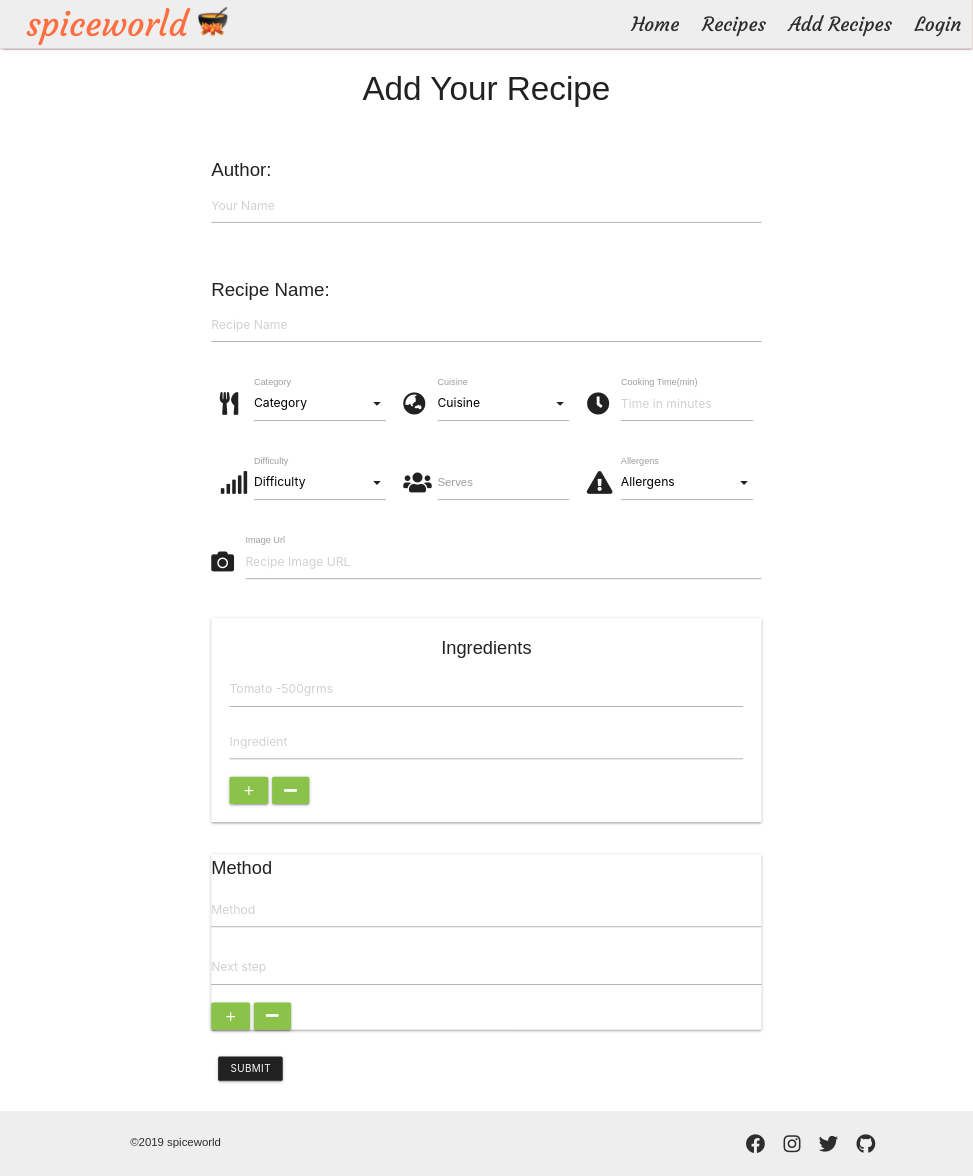
Repository: stephyraju/spiceworld
Page: http://localhost/add_recipe
The author's editor kept a record of every edit. The page is drawn from the files as they stood at one moment, then again after the next edit.
The browser window is 1280 px wide. The pictures show the whole page, at 76% of full size.
Some web libraries are served in a nearby version. The page is served by the project's application, run on Flask 3 (app.py). Queries for data that is not in the repository find no rows.

Above is the page before.

### templates/addrecipe.html
{% extends 'base.html'%} {% block content %}
<section class="container">
    <div class="row center">
        <h3>Add Your Recipe</h3>
    </div>
    <div class="row">
        <form action="{{ url_for('insert_recipe') }}" method="POST" class="col s12">
            <!-- Author -->
            <div class="row">
                <div class="input-field col s10 offset-s1">
                    <h5><strong>Author:</strong></h5>
                    <input placeholder="Your Name" id="author" name="author" type="text" class="validate" required="">
                </div>
            </div>
            <!-- recipe name -->
            <div class="row">
                <div class="input-field col s10 offset-s1">
                    <h5><strong>Recipe Name:</strong></h5>
                    <input placeholder="Recipe Name" id="recipe_name" name="recipe_name" type="text" class="validate" required="">
                </div>
            </div>

            <!-- Category -->
            <div class="row">
                <div class="col m10 offset-m1">
                    <!-- Category -->
                    <div class="col s6 l4">
                        <div class="input-field">
                            <i class="fas fa-utensils material-icons prefix"></i>
                            <select id="category" name="category_name" class="validate" required>
                           <option value="" disabled selected>Category</option>
                            {% for cat in categories %}
                           <option value="{{cat.category_name}}">{{cat.category_name}}</option>
                           {% endfor %}
                           </select>
                            <label>Category</label>
                        </div>
                    </div>

                    <!-- Cuisine -->
                    <div class="col s6 l4">
                        <div class="input-field">
                            <i class="fas fa-globe-asia material-icon prefix"></i>
                            <select id="cuisine" name="cuisine" class="validate" required>
                           <option value="" disabled selected>Cuisine</option>
                           {% for cuisine in cuisines %}
                                    <option value="{{cuisine.cuisine}}">{{cuisine.cuisine}}</option>
                                {% endfor %}
                           </select>
                            <label>Cuisine</label>
                        </div>
                    </div>
                    <!-- Cooking Time -->
                    <div class="col s6 l4">
                        <div class="input-field">
                            <i class="fas fa-clock material-icons prefix"></i>
                            <input id="cooking_time" name="cooking_time" type="number" placeholder="Time in minutes" class="validate" min="1" required="">
                            <label>Cooking Time(min)</label>
                        </div>
                    </div>
                </div>
            </div>
            <div class="row">
                <div class="col m10 offset-m1">
                    <!-- Difficulty -->
                    <div class="col s6 l4">
                        <div class="input-field">
                            <i class="fas fa-signal material-icons prefix"></i>
                            <select id="difficulty" name="" class="validate" required>
                           <option value="" disabled selected>Difficulty</option>
                                {% for level in difficulty%}
                                    <option value="{{level.difficulty}}">{{level.difficulty}}</option>
                                {% endfor %}
                           </select>
                            <label>Difficulty</label>
                        </div>
                    </div>
                    <!-- Serves -->
                    <div class="col s6 l4">
                        <div class="input-field">
                            <i class="fas fa-users material-icons prefix"></i>
                            <input id="serves" name="serves" type="number" class="validate" min="1" required="">
                            <label>Serves</label>
                        </div>
                    </div>
                    <!-- Allergens -->
                    <div class="col s6 l4">
                        <div class="input-field">
                            <i class="fas fa-exclamation-triangle material-icon prefix"></i>
                            <select id="allergens" name="allergens" class="validate" required>
                           <option value="" disabled selected>Allergens</option>
                            {% for allergen in allergens %}
                            <option class="allergens" value="{{allergen.allergen}}">{{allergen.allergen}}</option>
                            {% endfor %}
                           </select>
                            <label>Allergens</label>
                        </div>
                    </div>

                </div>
            </div>
            <!--Image Url-->
            <div class="row">
                <div class="col s10 offset-s1">
                    <div class="input-field ">
                        <i class="fas fa-camera material-icons prefix"></i>
                        <input id="image_url" name="image_url" class="validate" type="url" minlength="15" placeholder="Recipe Image URL" pattern="https?://.+">
                        <label for="image_url">Image Url</label>
                    </div>
                </div>
            </div>
            <!--Ingredients-->
            <div class="row">
                <div class="col s10 offset-s1">
                    <div class="card background">
                        <div class="card-content">
                            <span class="card-title center">Ingredients</span>

                            <div class="addIngredient">
                                <div class="input-field whites-4">
                                    <input id="ingredients" type="text" placeholder="Tomato -500grms" name="ingredients[]" required>
                                </div>
                            </div>
                            <div class="new-ingredient ingredient">
                                <div class="input-field whites-4">
                                    <input id="ingredient-new" type="text" class="ingredient validate" placeholder="Ingredient" name="ingredients[]" minlength="1" maxlength="10" required>
                                </div>
                            </div>
                            <!-- add button -->
                            <a id="add_ingredient" class="btn waves-effect waves-light light-green"><i class="material-icons">add</i></a>
                            <a id="remove_ingredient" class="btn waves-effect waves-light light-green"><i class="fas fa-minus"></i></a>
                        </div>
                    </div>
                </div>
            </div>
            <!--Method-->
            <div class="row">
                <div class="col s10 offset-s1">
                    <div class="card background" <div class="card-content">
                        <span class="card-title center">Method</span>
                        <div class="input-field whites-4">
                            <textarea id="methods" class="materialize-textarea validate" placeholder="Method" name="method" minlength="5" maxlength="600"></textarea>
                        </div>

                        <div class="new-step method">
                            <div class="input-field whites-4">
                                <input id="new-step" type="text" class="method validate" placeholder="Next step" name="method" minlength="5" maxlength="600" required>
                            </div>
                        </div>
                        <a id="add_method" class="btn waves-effect waves-light light-green"><i class="material-icons">add</i></a>
                        <a id="remove_method" class="btn waves-effect waves-light light-green"><i class="fas fa-minus"></i></a>
                    </div>
                </div>
            </div>


            <!--Submit button-->
            <div class="row col s10 offset-s1">
                <button class="btn waves-effect waves-light btn-small grey darken-4" type="submit" name="action">Submit</button>
            </div>
        </form>
    </div>
</section>
{% endblock %}

### templates/base.html
<!DOCTYPE html>
<html lang="en">

<head>
  <meta charset="UTF-8">
  <meta name="viewport" content="width=device-width, initial-scale=1.0">
  <meta http-equiv="X-UA-Compatible" content="ie=edge">
  <title>spiceworld</title>

  <!--Import Google Icon Font-->
  <link href="https://fonts.googleapis.com/icon?family=Material+Icons" rel="stylesheet">
  <!--Font Awesome-->
  <link rel="stylesheet" href="https://use.fontawesome.com/releases/v5.8.2/css/all.css" integrity="sha384-oS3vJWv+0UjzBfQzYUhtDYW+Pj2yciDJxpsK1OYPAYjqT085Qq/1cq5FLXAZQ7Ay" crossorigin="anonymous">
  <!--Materialize CSS-->
  <link rel="stylesheet" href="https://cdnjs.cloudflare.com/ajax/libs/materialize/1.0.0/css/materialize.min.css">
  <!--CSS-->
  <link rel="stylesheet" href="{{ url_for('static', filename='css/style.css')}}" type="text/css" />

</head>

<body>

  <!--Header-->
  <header class="navbar-fixed">
    <nav>
      <div class="nav-wrapper grey lighten-3">
        <a href="#" class="brand-logo">spiceworld <img class="hide-on-med-and-down" src="{{ url_for('static', filename='images/logo.png') }}"></a>
        <a href="#" data-target="mobile-sidenav" class="sidenav-trigger"><i class="fas fa-bars"></i></a>
        <ul id="nav-mobile" class="right hide-on-med-and-down">
          <li><a href="{{ url_for('index') }}">Home</a></li>
          <li><a href="{{ url_for('get_recipes') }}">Recipes</a></li>
          <li><a href="{{ url_for('add_recipe') }}">Add Recipes</a></li>
          <li><a href="collapsible.html">Login</a></li>

        </ul>
      </div>
    </nav>
  </header>
  <!--Sidenav-->
  <ul class="sidenav" id="mobile-sidenav">
    <img class="responsive-img" src="{{ url_for('static', filename='images/sidenav.png') }}" alt="spices-image">

    <li><a class="active" href="#">Home</a></li>
    <li><a href="#!">Recipes</a></li>

    <li><a href="#">Login</a></li>
    <li><a class="waves-effect" href="#!">Third Link With Waves</a></li>
  </ul>

  <main>
    {% block content %}
    {% endblock %}
  </main>

  <footer class="page-footer grey lighten-3">

     <div class="row footer-content">
        <div class="col s5 m6">
          <div class="copyright">&copy;2019 spiceworld</div>
        </div>
        <div class="col s7 m3">
                    <a href="https://www.facebook.com/" target="_blank"><i class="fab fa-facebook social-icon"></i></a>
                    <a href="https://www.instagram.com/" target="_blank"><i class="fab fa-instagram social-icon"></i></a>
                    <a href="https://www.twitter.com/" target="_blank"><i class="fab fa-twitter social-icon"></i></a>
                    <a href="https://github.com/stephyraju" target="_blank"><i class="fab fa-github social-icon"></i></a>
        </div>

      </div>

  </footer>

  <script src="https://code.jquery.com/jquery-3.4.0.slim.js" integrity="sha256-milezx5lakrZu0OP9b2QWFy1ft/UEUK6NH1Jqz8hUhQ=" crossorigin="anonymous"></script>
  <script src="https://cdnjs.cloudflare.com/ajax/libs/materialize/1.0.0/js/materialize.min.js"></script>
  <script src="{{ url_for('static', filename='js/main.js') }}"></script>
</body>

</html>

### app.py
import os
from flask import Flask, render_template, redirect, request, url_for
from flask_pymongo import PyMongo
from bson.objectid import ObjectId

# declaring app name
app = Flask(__name__)

app.config["MONGO_DBNAME"] = 'cook_book'
app.config["MONGO_URI"] = os.getenv('MONGO_URI', 'mongodb://localhost')

mongo = PyMongo(app)

@app.route('/')
@app.route('/index')
def index():
     return render_template("index.html", recipes=mongo.db.recipes.find())

#@app.route('/get_recipes',methods=['POST','GET'])
#def get_recipes():
 #   return render_template("recipes.html", recipes=mongo.db.recipes.find())

@app.route("/get_recipes", methods=['POST', 'GET'])
def get_recipes():
    return render_template('recipes.html',
                         recipes=mongo.db.recipes.find(),
                         categories = mongo.db.categories.find())


@app.route('/add_recipe')
def add_recipe():
     return render_template("addrecipe.html",
               recipes=mongo.db.recipes.find(),
               categories = mongo.db.categories.find(),
               cuisines=mongo.db.cuisines.find(),
               difficulty=mongo.db.difficulty.find(),
               allergens=mongo.db.allergens.find())


@app.route('/insert_recipe', methods=['POST'])
def insert_recipe():
    print(request.form)
    print(request.form.getlist('ingredients[]'))
    print(request.form.to_dict())
    recipes = mongo.db.recipes
    data = request.form.to_dict()
    data.update({'ingredients':request.form.getlist('ingredients[]')})
    del data['ingredients[]']
    recipes.insert_one(data)
    return redirect(url_for('get_recipes'))

@app.route('/view_recipes', methods=['GET'])
def view_recipes():
     return render_template("view.html",
               categories=mongo.db.categories.find())


if __name__ == '__main__':
    app.run(host=os.environ.get('IP'),
            port=int(os.environ.get('PORT')),
            debug=True)

### static/css/style.css
@import url('https://fonts.googleapis.com/css?family=Courgette&display=swap');

body {
  background-color: F0F0F0;
  font-family: 'ProximaNova Regular', sans-serif;
  display: flex;
  flex-direction: column;
  min-height: 100vh;
  overflow-x: hidden;
}
.section-container {
  max-width: 100%;
  margin-left: auto;
  margin-right: auto;
  padding-left: 15px;
  padding-right: 15px;
  border-radius: 5px;
}
/* -------- Nav Bar ----------*/

nav {
     font-family: 'Courgette';
}

nav .brand-logo {
    color: #ff6e40;
    font-size: 3rem;
    font-family: 'Courgette', cursive;
    -webkit-transition: 0.2s;
    -o-transition: 0.2s;
    transition: 0.2s;
}

@media screen and (min-width: 993px){
nav .brand-logo {
    margin-left: 2.3rem;
}
}
nav ul a {
  color:#2d2d2d;
  font-size: 1.7rem;
  font-family: 'Courgette';
}
nav ul a:hover,
nav ul .active {
  color:#76c14f;
}
.fa-bars{
  color: #ff6e40;
}

/*--------Title----------*/

.title-container{
  position: relative;
  text-align: center;
  color: white;
  width:100%;
  margin-top: 20px;
}
.title-container img{
    display: block;
    width: 100%;
    height: 25vh;
    object-fit: cover;
    border-radius: 5px;
}

.intro-content{
  position: absolute;
  top: 50%;
  left: 70%;
  transform: translate(-50%, -50%);
}
/*--------Category---------*/

.catergory-container{
  font-size: 1.2rem;
  color:#2d2d2d;
  margin-top: 20px;
  background-color:#eeeeee;
  height:70px;
  margin-left: 15px;
  margin-right: 15px;
}
.catergory-container .row {
  padding-top: 20px;
}
.catergory-container a {
  color:#2d2d2d;
}
.catergory-container a :hover {
  color:#ff6e40 !important;
}

/*--------Description---------*/
.cells h4 {
  font-family: 'Muli','sans-serif';
}
.cells h5{
  color: #76c14f;
  font-size: 1.5rem;
  font-family: 'Courgette',sans-serif;
}
 p {
  padding-left: 30px;
  padding-right: 30px;
}
.content{
  margin-top: 20px;
  margin-bottom: 20px;
}
/*--------View Recipe---------*/
li {
  list-style: square;
  }
 .recipe-view .card {
   background-color: #fcf4ec;
 }
/*--------Footer---------*/

.page-footer i{
  color:#2d2d2d;
}
.page-footer i:hover{
   color:#ff6e40;
}
.page-footer {
    min-height: 45px;
}
.footer-content{
  display:flex;
  color:#2d2d2d;
}
.copyright{
  padding-top: 10px;
}
.social-icon {
  margin: 10px;
  color: white;
  font-size: 1.7rem;
}

### static/js/main.js
$(document).ready(function(){
    $('.sidenav').sidenav();
    $('.dropdown-trigger').dropdown();
    $('select').formSelect();
    $('.carousel').carousel();

  });

 var ingredientField = $(".ingredient").length;
    $("#add_ingredient").on("click", function () {
        $("select").formSelect("destroy");
        $(".new-ingredient:first").clone().insertBefore("#add_ingredient").find("input[type='text'], select, textarea").val("");
        $("select").formSelect();
        ingredientField += 1;
    });

    $("#remove_ingredient").on("click", function () {
        if (ingredientField > 1) {
            /* only remove the :last item */
            $(this).siblings(".new-ingredient:last").remove();
            /* ensure original ingredient line never gets deleted */
            ingredientField-= 1;
        }
    });


var methodField = $(".method").length;
    /* add new cloned item */
    $("#add-method").on("click", function () {
        /* clone and remove existing values */
        $(".new-step:first").clone().insertBefore("#add-method").find("input[type='text'], select, textarea").val("");
        /* increase counter so original direction is never removed */
        methodField += 1;
    });
    /* delete last cloned item */
    $("#remove-method").on("click", function () {
        if ( methodField > 1) {
            /* only remove the :last item */
            $(this).siblings(".new-step:last").remove();
            /* ensure original direction line never gets deleted */
            methodField -= 1;
        }
    });

After the next edit:
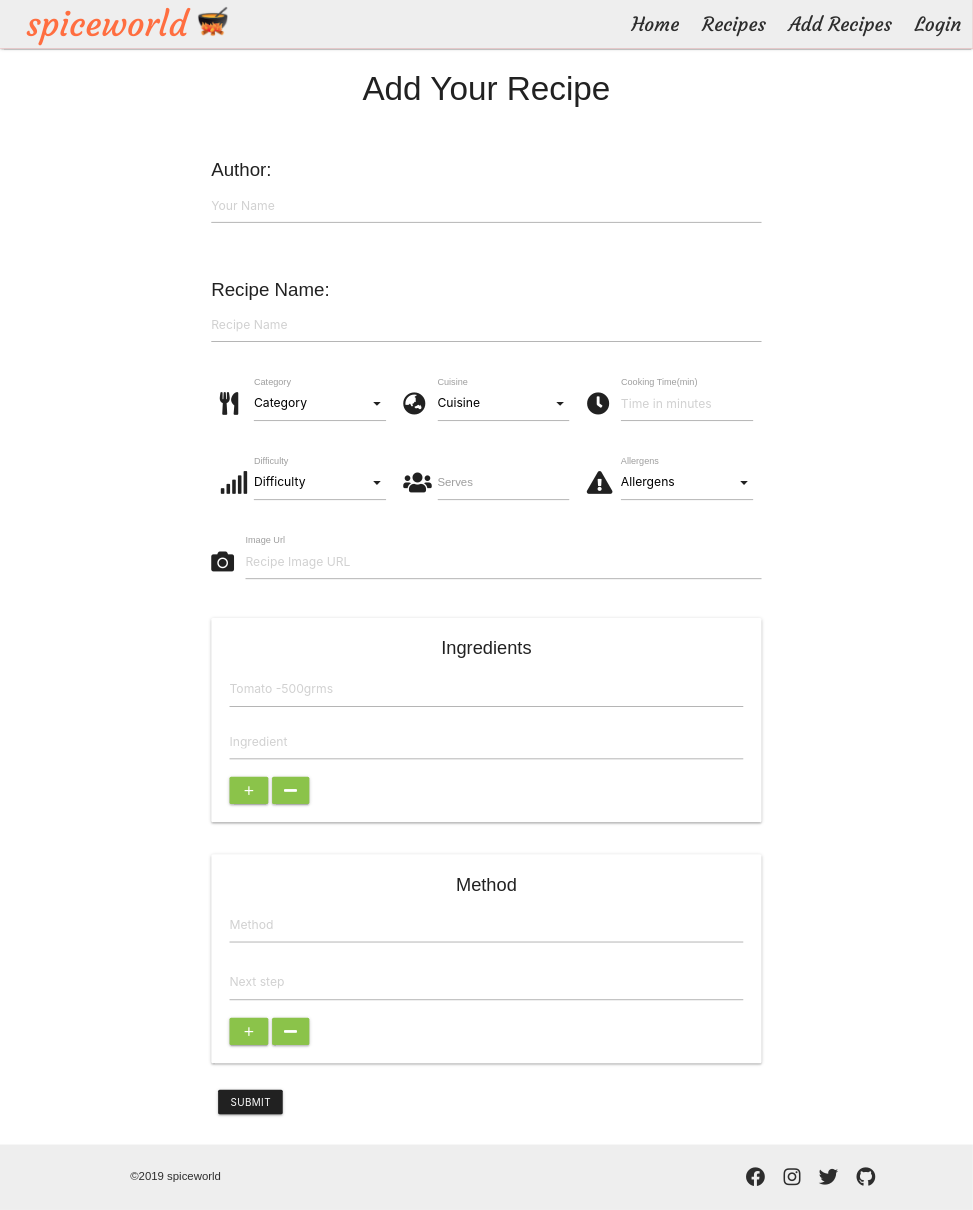
The edit:
--- a/templates/addrecipe.html
+++ b/templates/addrecipe.html
@@ -136,23 +136,24 @@
             <!--Method-->
             <div class="row">
                 <div class="col s10 offset-s1">
-                    <div class="card background" <div class="card-content">
-                        <span class="card-title center">Method</span>
-                        <div class="input-field whites-4">
-                            <textarea id="methods" class="materialize-textarea validate" placeholder="Method" name="method" minlength="5" maxlength="600"></textarea>
+                    <div class="card background">
+                        <div class="card-content">
+                            <span class="card-title center">Method</span>
+                            <div class="input-field whites-4">
+                                <textarea id="methods" class="materialize-textarea validate" placeholder="Method" name="method" minlength="5" maxlength="600"></textarea>
+                            </div>
+
+                            <div class="new-step method">
+                                <div class="input-field whites-4">
+                                    <input id="new-step" type="text" class="method validate" placeholder="Next step" name="method" minlength="5" maxlength="600" required>
+                                </div>
+                            </div>
+                            <a id="add_method" class="btn waves-effect waves-light light-green"><i class="material-icons">add</i></a>
+                            <a id="remove_method" class="btn waves-effect waves-light light-green"><i class="fas fa-minus"></i></a>
                         </div>
-
-                        <div class="new-step method">
-                            <div class="input-field whites-4">
-                                <input id="new-step" type="text" class="method validate" placeholder="Next step" name="method" minlength="5" maxlength="600" required>
-                            </div>
-                        </div>
-                        <a id="add_method" class="btn waves-effect waves-light light-green"><i class="material-icons">add</i></a>
-                        <a id="remove_method" class="btn waves-effect waves-light light-green"><i class="fas fa-minus"></i></a>
                     </div>
                 </div>
             </div>
-
 
             <!--Submit button-->
             <div class="row col s10 offset-s1">
